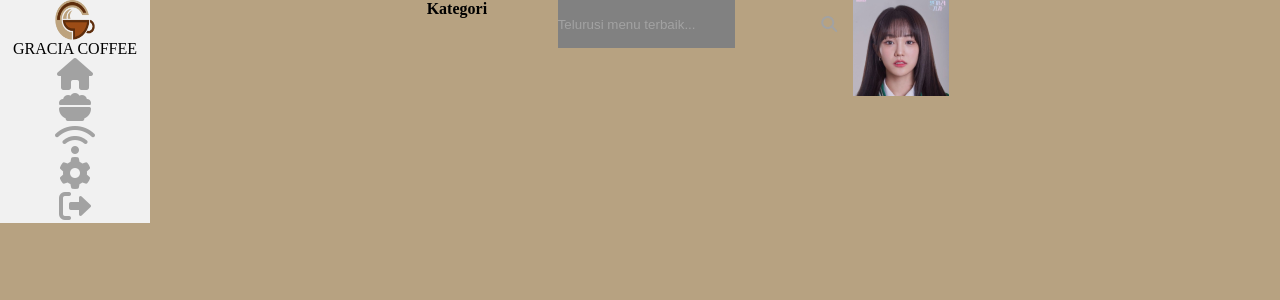
Repository: DanielChuaaa/sbd2
Page: index.html
The author's editor kept a copy of each file at every save. The page is drawn from the files as they stood at one save, then again after the next save.
The browser window is 1280 px wide. The pictures show the whole page.
Some web libraries are served in a nearby version.

Above is the page before, as saved 2023-10-20 10:18:16.

### index.html
<!DOCTYPE html>
<html lang="en">
<head>
    <meta charset="UTF-8">
    <meta name="viewport" content="width=device-width, initial-scale=1.0">
    <title>Document</title>
    <link href="https://fonts.googleapis.com/css2?family=Roboto+Mono:wght@400;600;700&display=swap" rel="stylesheet" />
    <link
      rel="stylesheet"
      href="https://cdnjs.cloudflare.com/ajax/libs/font-awesome/6.1.2/css/all.min.css"
      integrity="sha512-1sCRPdkRXhBV2PBLUdRb4tMg1w2YPf37qatUFeS7zlBy7jJI8Lf4VHwWfZZfpXtYSLy85pkm9GaYVYMfw5BC1A=="
      crossorigin="anonymous"
      referrerpolicy="no-referrer"
    />
    <link rel="stylesheet" href="style.css">
</head>
<body>
    <div class="container">
        <div class="grid-wrapper">
            <div class="icon">
                <img src="/assets/logo projek SBD 1.png" width="40px" height="40px" alt="logo">
                <p>GRACIA COFFEE</p>
                <a href="#"><i class="fa-solid fa-house fa-2xl"></i></a>
                <a href="#"><i class="fa-solid fa-bowl-food fa-2xl"></i></a>
                <a href="#"><i class="fa-solid fa-wifi fa-2xl"></i></a>
                <a href="#"><i class="fa-solid fa-gear fa-2xl"></i></a>
                <a href="#"><i class="fa-solid fa-right-from-bracket fa-2xl"></i></a>
            </div>

            <div class="content">
                <div class="nav">
                    <h4>Kategori</h4>
                    <input type="text" name="text" id="text" class="input" placeholder="Telurusi menu terbaik...">
                    <i class="fa-solid fa-magnifying-glass"></i>
                </div>

                <div class="menu"></div>
            </div>

            <div class="order">
                <img src="/assets/g_8___8_idola_cantik_berbakat_alumni_sm_entertainment_yang_sudah_debut_di_girlgroup_agensi_lain_p_eks_sm_trainee-20220408-001-non_fotografer_kly 1.png" alt="">
            </div>
        </div>
    </div>
</body>
</html>

### style.css
:root{
    --clr-primary-100: #B7A281;

    --clr-neutral-100: #818181;
    --clr-neutral-200: #A2A2A2;
    --clr-neutral-300: #D9D9D9;
    --clr-neutral-400: #F8F8F8;
    --clr-neutral-500:  #f1f1f1;

    --ff: "Roboto Mono", monospace;

    --fw-regular: 400;
    --fw-semi-bold: 600;
    --fw-bold: 700;
}

*{
    box-sizing: border-box;
    margin: 0;
    padding: 0;
}

body{
    background-color: #B7A281;
}

.grid-wrapper{
    display: grid;
    grid-template-columns: 1fr 1fr 1fr;
}

.icon{
    background: var(--clr-neutral-500);

    display: flex;
    flex-direction: column;
    justify-content: space-evenly;
    align-items: center;
    max-width: 150px;
}

.fa-solid{
    color: var(--clr-neutral-200);
    padding: 1rem;
}

.nav{
    display: flex;
    justify-content: space-between;
}

.input{
    background: var(--clr-neutral-100);

    border: none;

}

::placeholder{
    color: var(--clr-neutral-200);
}

After the next save:
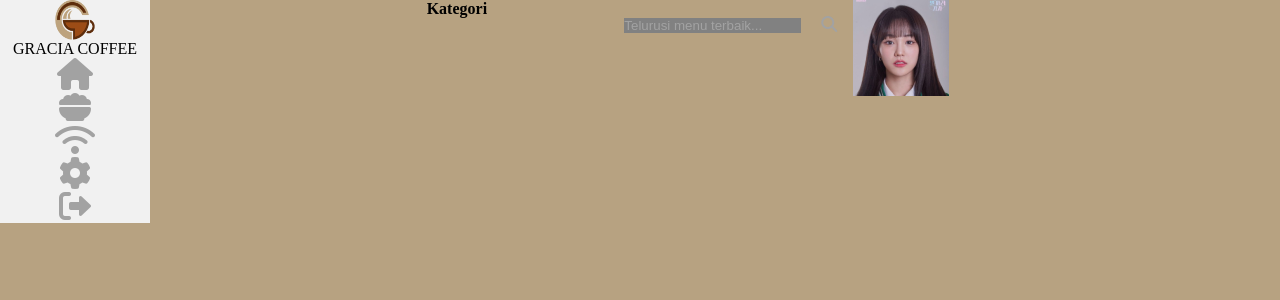
Saved 28 s later.
--- a/index.html
+++ b/index.html
@@ -30,8 +30,11 @@
             <div class="content">
                 <div class="nav">
                     <h4>Kategori</h4>
-                    <input type="text" name="text" id="text" class="input" placeholder="Telurusi menu terbaik...">
-                    <i class="fa-solid fa-magnifying-glass"></i>
+                    <div class="inputWrapper">
+
+                        <input type="text" name="text" id="text" class="input" placeholder="Telurusi menu terbaik...">
+                        <i class="fa-solid fa-magnifying-glass"></i>
+                    </div>
                 </div>
 
                 <div class="menu"></div>
